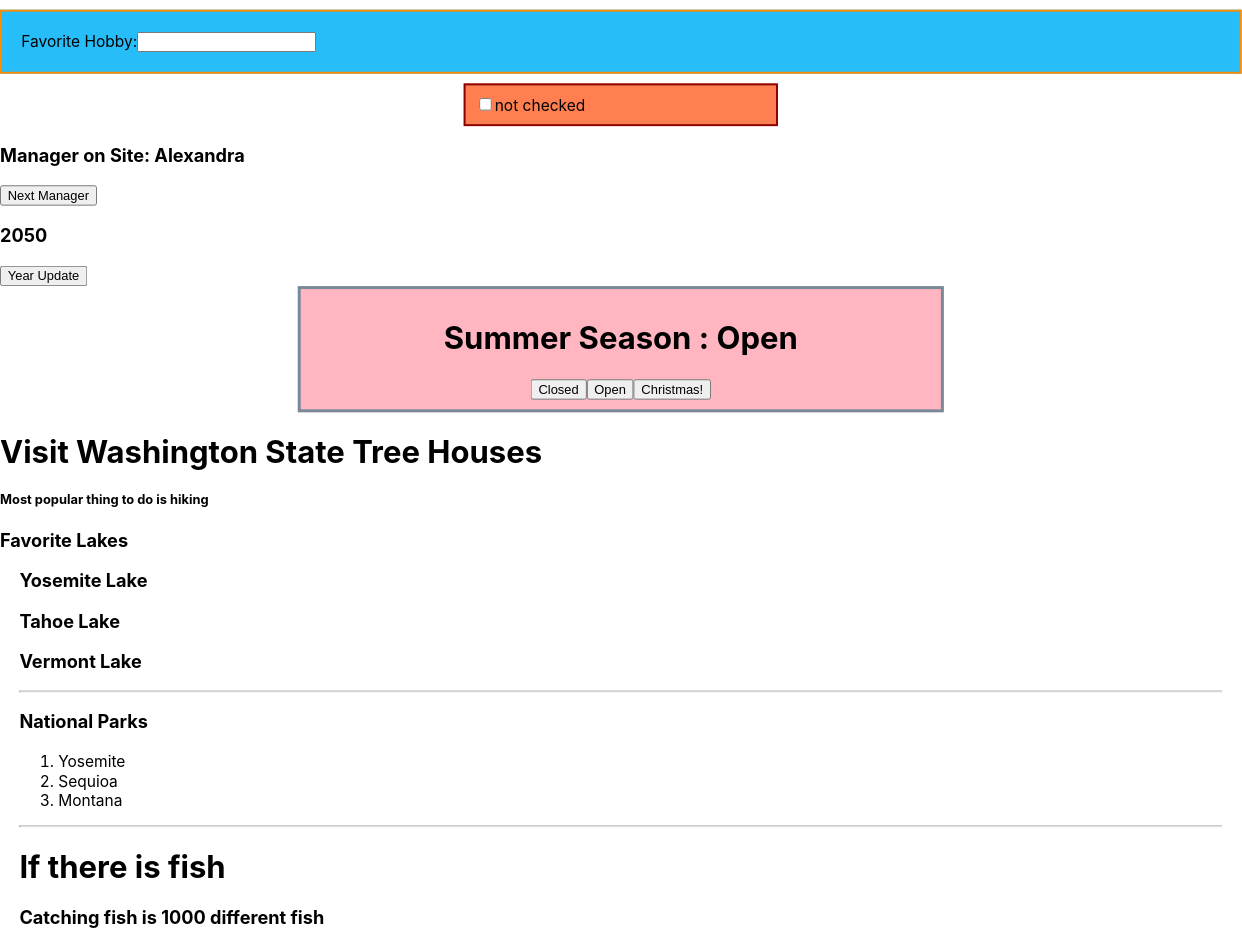
Repository: CaptainStorm21/intro-react-hooks
Page: /
An editor plug-in stored every save of this project. The page is shown before and after the next save, followed by the edit.
The browser window is 1280 px wide. The pictures show the whole page, at 97% of full size.
The project was rebuilt for these pictures with package versions that can differ from the ones it lists, and the page was loaded fresh each time. Also part of the build but not shown: src/App.css.

Above is the page before, as saved 2020-05-27 21:59:01.

After the next save:
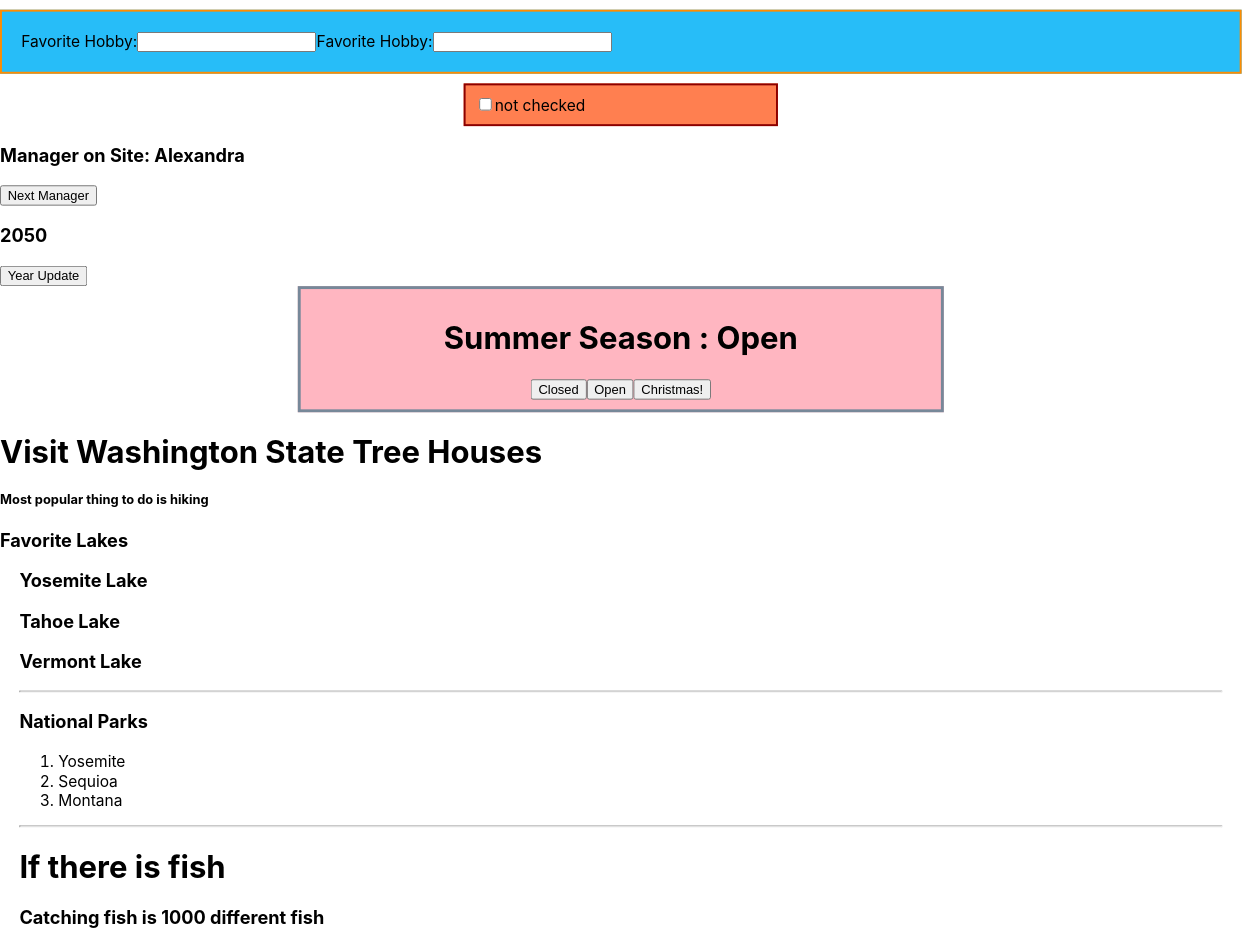
Saved 33 s later.
--- a/src/UseEffect.js
+++ b/src/UseEffect.js
@@ -2,11 +2,15 @@ import React from 'react'
 
 export default function UseEffect() {
     return (
-        <div className = "blue-div">
-            <label>
-                Favorite Hobby:
-                 <input/>
-            </label>
-        </div>
-    )
+      <div className="blue-div">
+        <label>
+          Favorite Hobby:
+          <input />
+        </label>
+        <label>
+          Favorite Hobby:
+          <input />
+        </label>
+      </div>
+    );
 }
